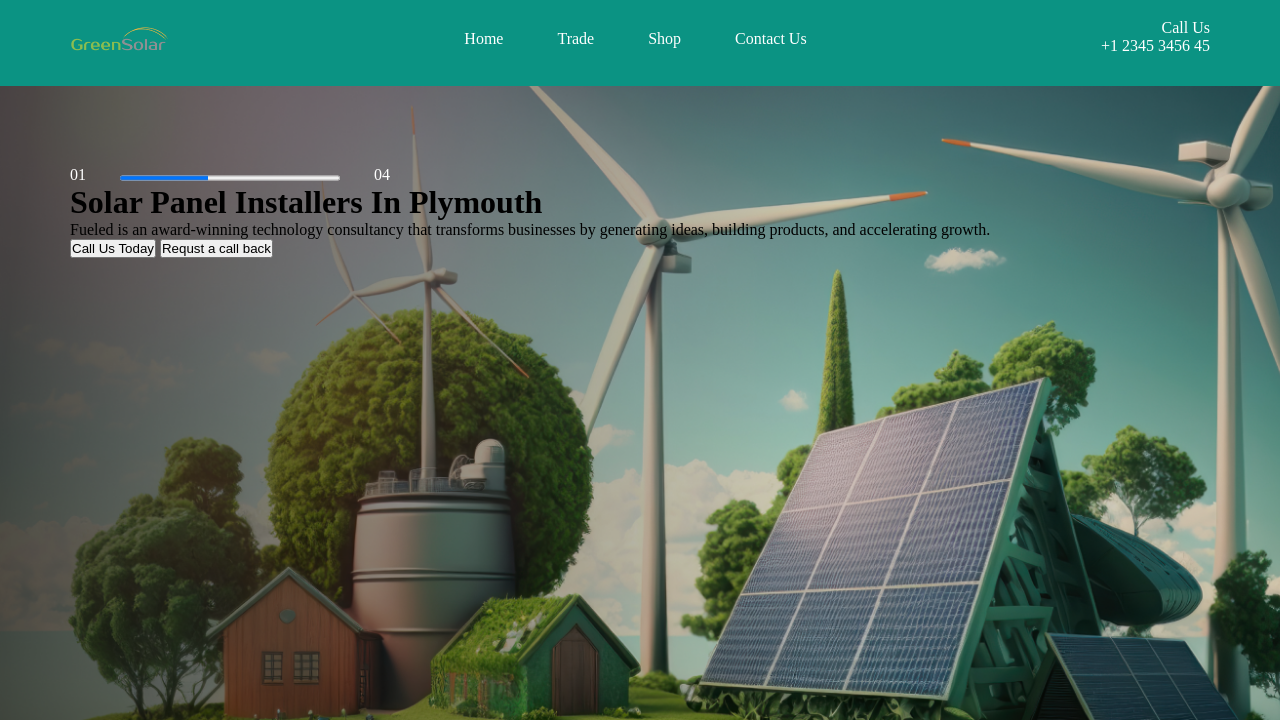
Repository: zeinawady/Solar-Company-Template
Page: index.html
An editor plug-in stored every save of this project. The page is shown before and after the next save, followed by the edit.
The browser window is 1280 px wide. The pictures show the whole page.

Above is the page before, as saved 2024-09-17 17:06:19.

After the next save:
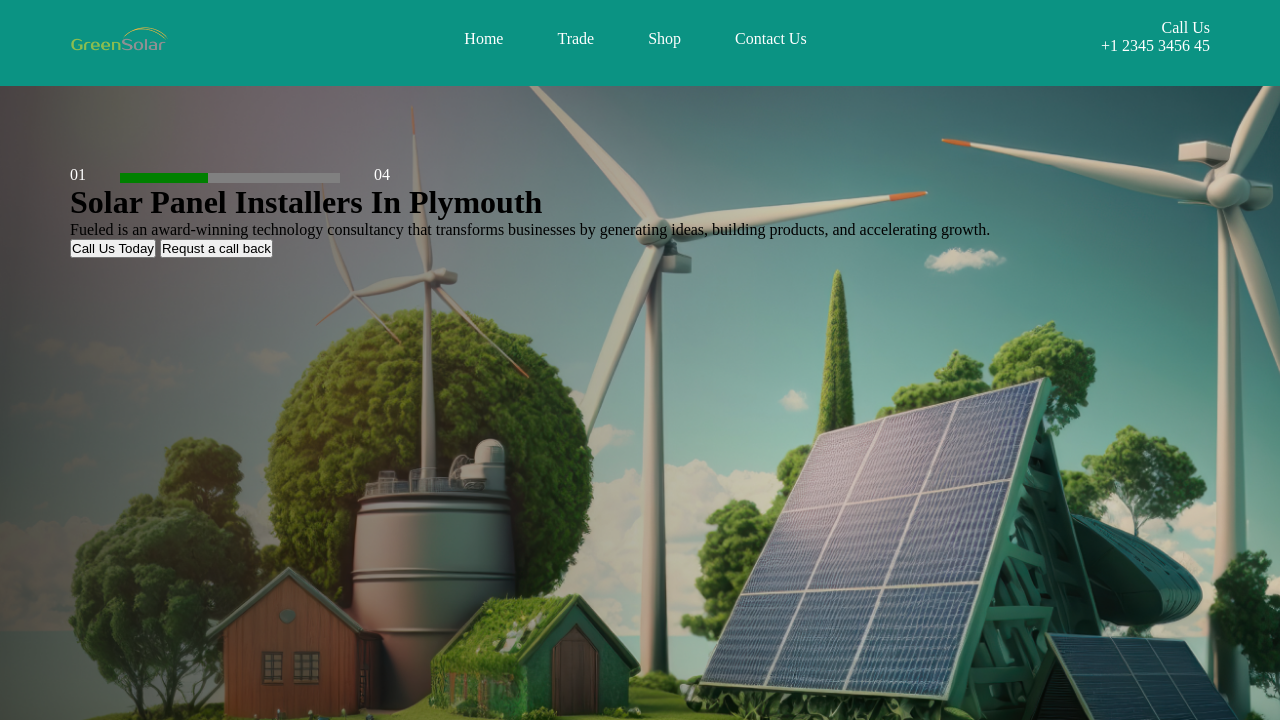
Saved 11 s later.
--- a/css/style.css
+++ b/css/style.css
@@ -131,5 +131,6 @@ padding-right:30px;
 .progress-container progress{
    width: 220px;
    height: 10px;
+   appearance: none;
 }
 /* end landing */
